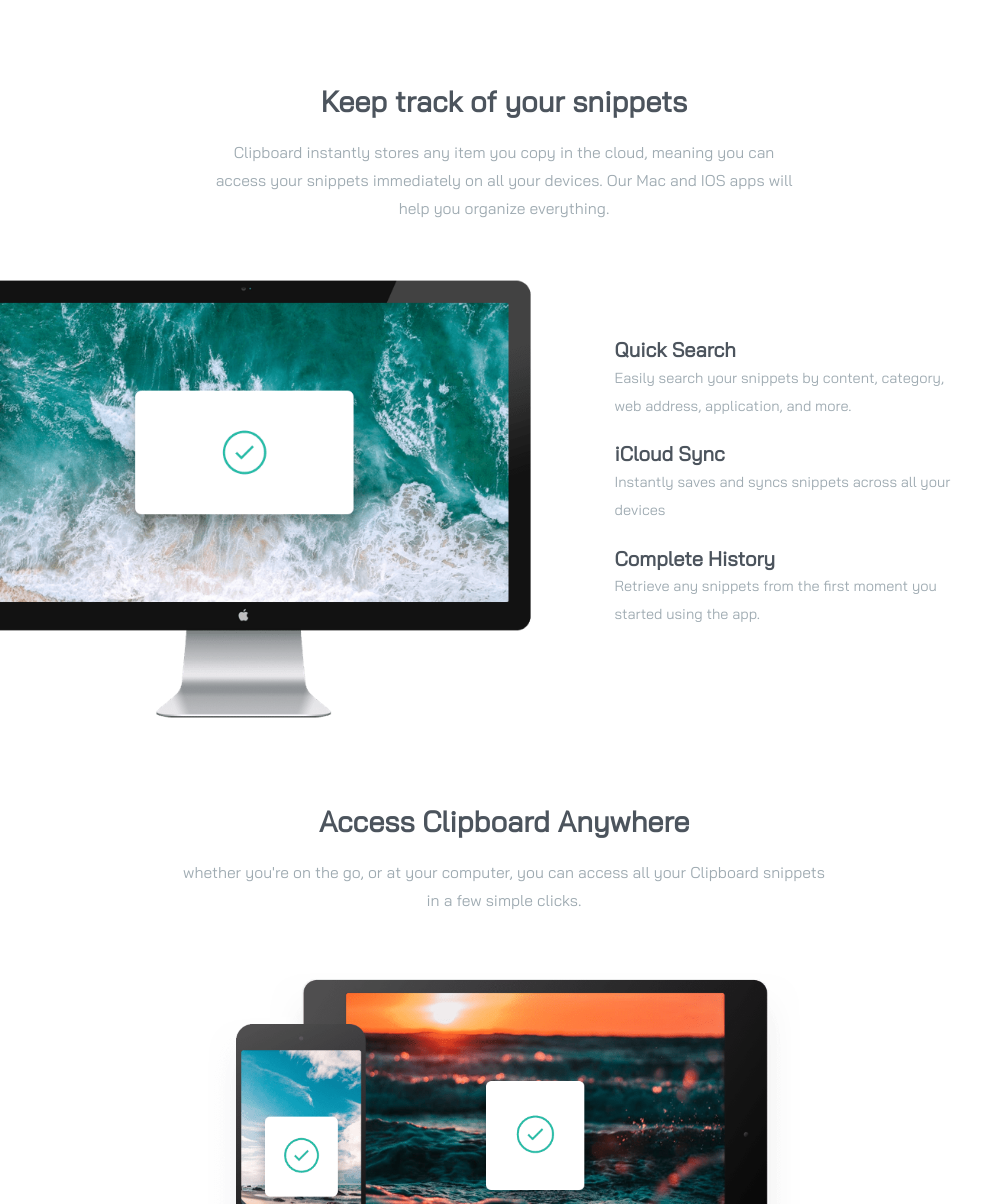
Repository: mikempho/Clipboard-landing-page
Page: index.html
The author's editor kept a copy of each file at every save. The page is drawn from the files as they stood at one save, then again after the next save.
The browser window is 1440 px wide. The pictures show the part of the page from y = 647 to 2367 px (the page is 5505 px tall before and 5488 px after), at 70% of full size.

Above is the page before, as saved 2022-04-12 08:24:27.

### index.html
<!DOCTYPE html>
<html lang="en">
  <head>
    <meta charset="UTF-8">
    <meta name="viewport" content="width=device-width, initial-scale=1.0"> <!-- displays site properly based on user's device -->

    <link rel="icon" type="image/png" sizes="32x32" href="./images/favicon-32x32.png">
    <link rel="stylesheet" href="/css/style.css">

    <title>Frontend Mentor | Clipboard landing page</title>

  </head>
  <body>
    <header class="header">
      <img class="logo" src="/images/logo.svg" alt="">
    </header>
    <main>
      <section class="hero">
        <h1>A history of  everything you copy</h1>
        <p>Clipboard allows you to track and organize everything you copy, instantly access your clipboard on all your devices.</p>
        <div class="buttons">
          <a class="iOS-btn" href="#">Download for iOS</a>
          <a class="mac-btn" href="#">Download for Mac</a>
        </div>
      </section>
      <section class="section-1">
        <h2 class="desktop-pad">Keep track of your  snippets</h2>
        <p class="desktop-pad">Clipboard instantly stores any item you copy in the cloud, meaning you can access your snippets immediately on all your devices. Our Mac and IOS apps will help you organize everything.</p>
        <div class="features">
          <img class="feature-img" src="/images/image-computer.png" alt="desktop-screen">
          <ul class="list-of-features">
            <li>
              <h3>Quick Search</h3>
              <p>Easily search your snippets by content, category, web address, application, and more.</p>
            </li>
            <li>
              <h3>iCloud Sync</h3>
              <p>Instantly saves and syncs snippets across all your devices</p>
            </li>
            <li>
              <h3>Complete History</h3>
              <p>Retrieve any snippets from the first moment you started using the app.</p>
            </li>
          </ul>
        </div>
      </section>
      <section class="section-2">
        <h2>Access Clipboard Anywhere</h2>
        <p>whether you're on the go, or at your computer, you can access all your Clipboard snippets in a few simple clicks.</p>
        <img class="mobile-tablet-screen" src="/images/image-devices.png" alt="mobile-tablet-screen">
      </section>
      <section class="section-3">
        <h2>Supercharge your  workflow</h2>
        <p>We've got the tools to boost your productivity.</p>
        <div>
          <ul class="list-of-features">
            <li>
              <img class="feature-icons" src="/images/icon-blacklist.svg" alt="paper-img">
              <h3>Create blacklists</h3>
              <p>Ensure sensitive information never makes its way to your clipboard by excluding certain sources.</p>
            </li>
            <li>
              <img class="feature-icons" src="/images/icon-text.svg" alt="AI-logo-img">
              <h3>Plain text snippets</h3>
              <p>Remove unwanted formatting from copied text for a consistent look.</p>
            </li>
            <li>
              <img class="feature-icons" src="/images/icon-preview.svg" alt="eye-img">
              <h3>Sneak preview</h3>
              <p>Quick preview of all snippets on your Clipboard for easy access.</p>
            </li>
          </ul>
        </div>
      </section>
      <section class="section-4">
        <ul class="company-logos">
          <li><img src="/images/logo-google.png" alt="google-logo"></li>
          <li><img src="/images/logo-ibm.png" alt="IBM-logo"></li>
          <li><img src="/images/logo-microsoft.png" alt="microsoft-logo"></li>
          <li><img src="/images/logo-hp.png" alt="hewlett-packard-enterprise-logo"></li>
          <li><img src="/images/logo-vector-graphics.png" alt="vector-graphics-logo"></li>
        </ul>
      </section>
      <section class="section-5">
        <h2>Clipboard for iOS and Mac OS</h2>
        <p>Available for free on the App store. Download for Mac or iOS, sync with iCloud and you're ready to start adding to your clipboard.</p>
        <div class="buttons">
          <a class="iOS-btn" href="">Download for iOS</a>
          <a class="mac-btn" href="">Download for Mac</a>
        </div>
      </section>
    </main>

    <footer>
      <div class="footer">
        <img class="footer-logo" src="/images/logo.svg" alt="logo">
        <ul class="footer-menu">
          <li><a href="#">FAQs</a></li>
          <li><a href="#">Contact Us</a></li>
          <li><a href="#">Privacy Policy</a></li>
          <li><a href="#">Press Kit</a></li>
          <li><a href="#">Install Guide</a></li>
        </ul>
        <ul class="social-links">
          <li><a href="https://www.facebook.com" target="_blank"><img src="/images/icon-facebook.svg" alt=""></a></li>
          <li><a href="https://www.twitter.com" target="_blank"><img src="/images/icon-twitter.svg" alt=""></a></li>
          <li><a href="https://www.instagram.com" target="_blank"><img src="/images/icon-instagram.svg" alt=""></a></li>
        </ul>
      </div>
      <p class="attribution">
        Challenge by <a href="https://www.frontendmentor.io?ref=challenge" target="_blank">Frontend Mentor</a>.
        Coded by <a href="#">Mike Matseane</a>.
      </p>
    </footer>
  </body>
</html>

### css/style.css
/* Mobile styling */

/* Universal styling */
body {
    margin: 0;
    padding: 0;
    text-align: center;
    Font-size: 18px;
    font-family: Bai-Jamjuree;
    line-height: 40px;
}

* {
    list-style: none;
    text-decoration: none;
}

:root {
    /* Primary colors */
    --Strong-Cyan: hsl(171, 66%, 44%);
    --Light-Blue: hsl(233, 100%, 69%);
    /* Neutral colors */
    --Dark-Grayish-Blue: hsl(210, 10%, 33%);
    --Grayish-Blue: hsl(201, 11%, 66%);
    /* Spacing */
    --container-padding: 4%;
}

@font-face {
    font-family: Bai-Jamjuree;
    src: url(/Assets/Fonts/Bai_Jamjuree/BaiJamjuree-Regular.ttf);
}

h1, h2, h3{
    color: var(--Dark-Grayish-Blue);
}

p {
    color: var(--Grayish-Blue);
}

/* header section */

.header {
    background-image: url(/images/bg-header-mobile.png);
    background-repeat: no-repeat;
    background-size: cover;
}

.logo {
    margin: 8rem 0 5rem 0;
}

/* hero section */
.hero, .section-5{
    padding-left: var(--container-padding);
    padding-right: var(--container-padding);
    margin-bottom: 8rem;
}

.buttons{
    margin-top: 2rem;
}
.buttons a {
    display: inline-block;
    padding: 12px 15px;
    width: 92%;
    margin: 12px 0;
    color: white;
    border-radius: 50px;
    font-weight: 600;
}

.iOS-btn {
    background-color: var(--Strong-Cyan);
    box-shadow: 2px 2px 0px 1px rgba(17, 140, 122, 0.9);

}

.mac-btn {
    background-color: var(--Light-Blue);
    box-shadow: 2px 2px 0px 1px rgba(37, 58, 216, 0.81);

}

/* Section-1 */

.section-1 {
    padding-left: var(--container-padding);
    padding-right: var(--container-padding);
    margin-bottom: 8rem;
}

.feature-img, .mobile-tablet-screen {
    margin-top: 60px;
    width: 92%;
}

/* Section-2 */

.section-2 {
    padding-left: var(--container-padding);
    padding-right: var(--container-padding);    margin-bottom: 8rem;
}

/* Section-3 */
.section-3 {
    padding-left: var(--container-padding);
    padding-right: var(--container-padding);
    margin-bottom: 8rem;
}

.feature-icons {
    margin-top: 30px;
}

.list-of-features {
    margin-top: 60px;
    padding: 0%;
}

/* Section 4 */

.section-4 {
    margin-bottom: 8rem;
}

.company-logos{
    padding:0%;
}

.company-logos li {
    padding-top: 50px;
}

/* footer section */
.footer {
    background-color: rgb(244, 244, 244);
    padding-top: 60px;
}

.footer-logo {
    width: 15%;
}

.footer-menu, .social-links {
    padding: 0;
    margin-bottom: 30px;
    font-weight: 600;
}

.footer-menu li {
    padding-top: 25px;
}

.social-links {
    display: flex;
    justify-content: center;
    align-items: center;
    margin: 0%;
}

.footer-menu a {
    color: var(--Grayish-Blue);
}

.social-links li {
    padding: 10px 20px 40px 20px;
}

.attribution a {
    color: aliceblue;
}

.attribution {
    margin: 0%;
    color: aliceblue;
    background-color: var(--Dark-Grayish-Blue);
    padding: 1rem 0;
}

/* Responsive - Desktop Styling */

@media (min-width: 1440px) {
    :root {
        --desktop-container: 23%;
    }

    h1{
        font-size: 3rem;
    }

    h2 {
        font-size: 2.6rem;
    }

    h3{
        font-size: 2rem;
    }

    p {
        font-size: 1.4rem;
    }
    /* header section */
    .header {
        background-image: url(/images/bg-header-desktop.png);
    }

    /* hero section */
    .hero, .section-5 {
        padding-left: var(--desktop-container);
        padding-right: var(--desktop-container);
    }

    .buttons {
        display: flex;
        justify-content: center;
    }

    .buttons a {
        width: 20%;
        margin: 0 15px;
    }

    /* section 1 */
    .section-1 .desktop-pad, .section-2 {
        padding: 0 18%;
    }

    .features {
        display: flex;
        font-size: 0.1rem;
    }

    .feature-img {
        position: relative;
        right: 120px;
        width: 100%;
    }

    .list-of-features {
        text-align: left;
        margin-top: 110px;
    }

    .list-of-features h3 {
        font-size: 1.8rem;
        padding: 0%;
        margin-bottom: 0px;
    }
    .list-of-features p {
        font-size: 1.3rem;
        padding: 0%;
        margin: 0px;
    }
}

After the next save:
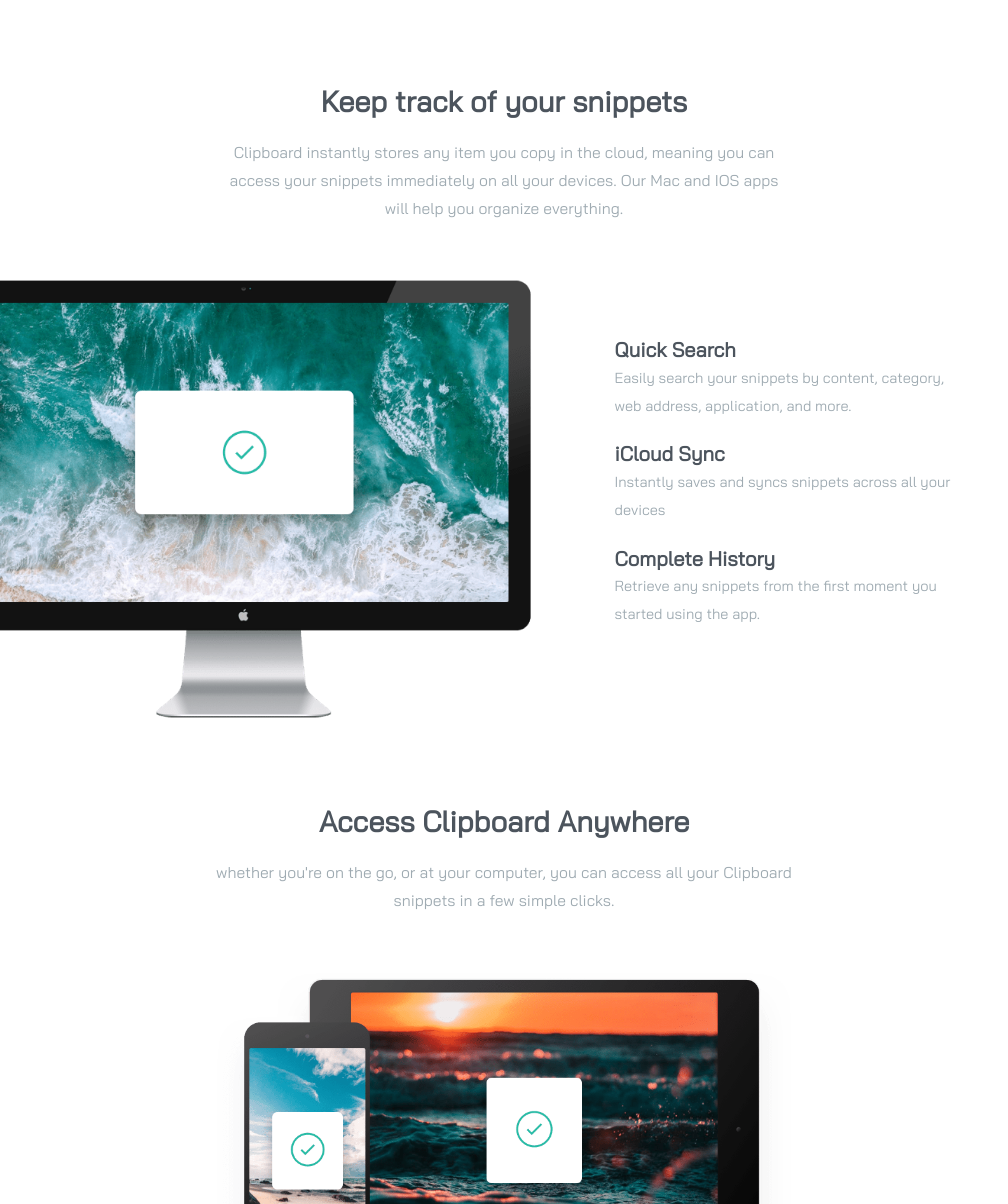
Saved 20 s later.
--- a/css/style.css
+++ b/css/style.css
@@ -224,7 +224,7 @@
 
     /* section 1 */
     .section-1 .desktop-pad, .section-2 {
-        padding: 0 18%;
+        padding: 0 19%;
     }
 
     .features {
